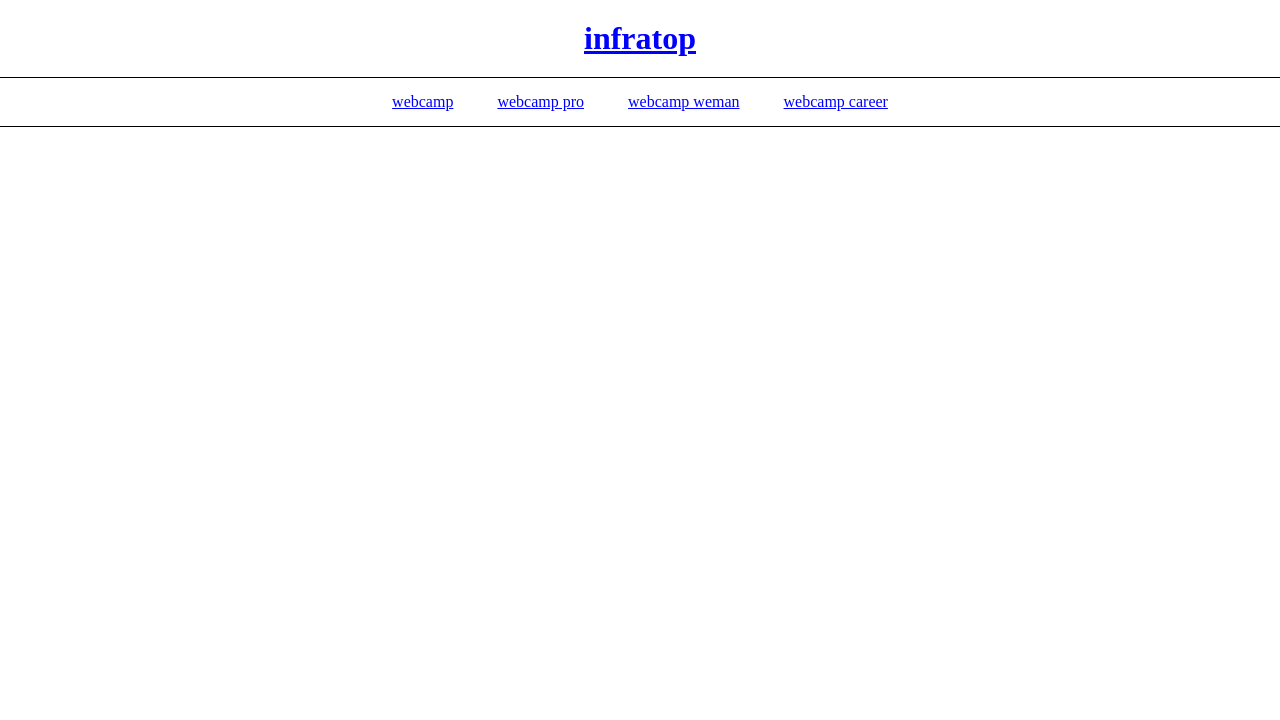
Repository: souta-miura/git-practice
Page: 1-5演習/1-5.html
The author's editor kept a record of every edit. The page is drawn from the files as they stood at one moment, then again after the next edit.
The browser window is 1280 px wide. The pictures show the whole page.

Above is the page before.

After the next edit:
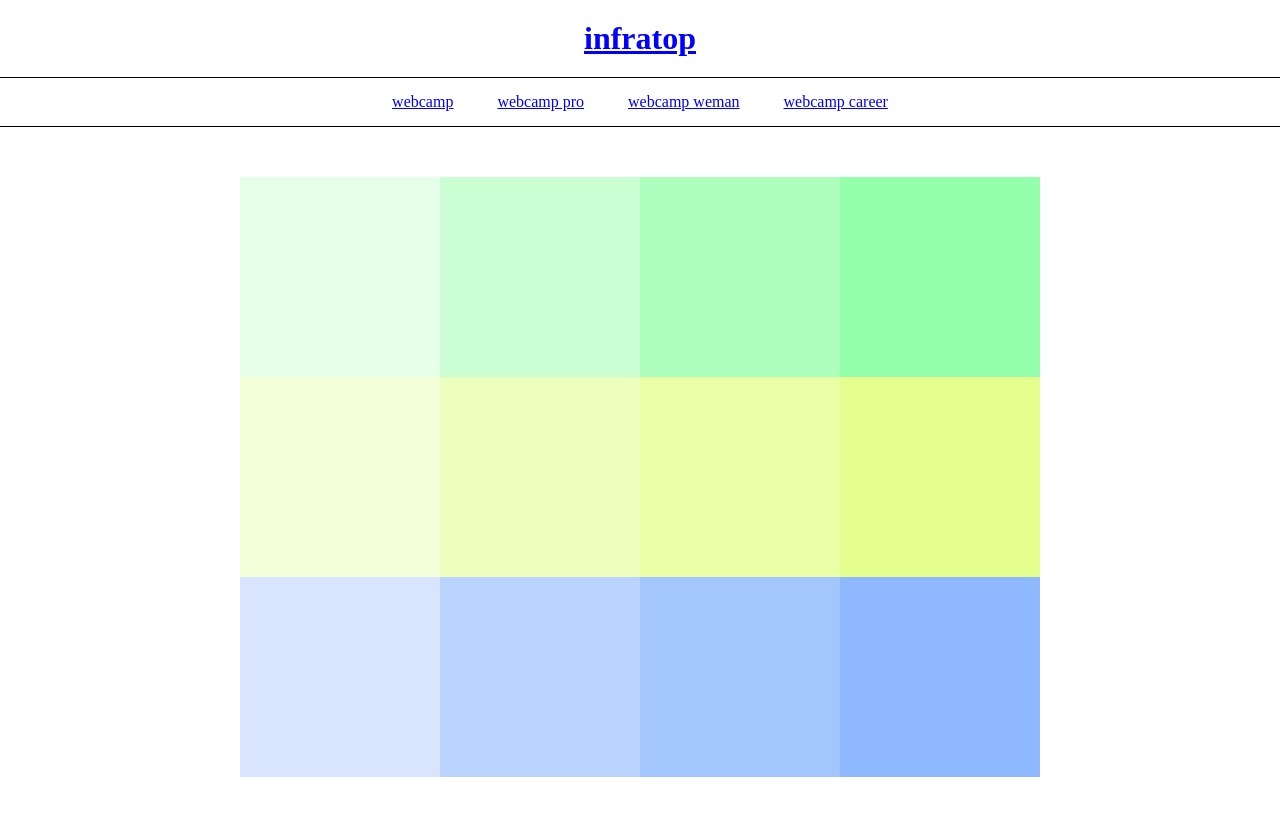
The edit:
--- a/1-5演習/1-5.html
+++ b/1-5演習/1-5.html
@@ -30,5 +30,19 @@
               </li>
           </ul>
       </nav>
+      <div class="main">
+        <div class="g1"></div>
+        <div class="g2"></div>
+        <div class="g3"></div>
+        <div class="g4"></div>
+        <div class="y1"></div>
+        <div class="y2"></div>
+        <div class="y3"></div>
+        <div class="y4"></div>
+        <div class="b1"></div>
+        <div class="b2"></div>
+        <div class="b3"></div>
+        <div class="b4"></div>
+      </div>
   </body>
 </html>
